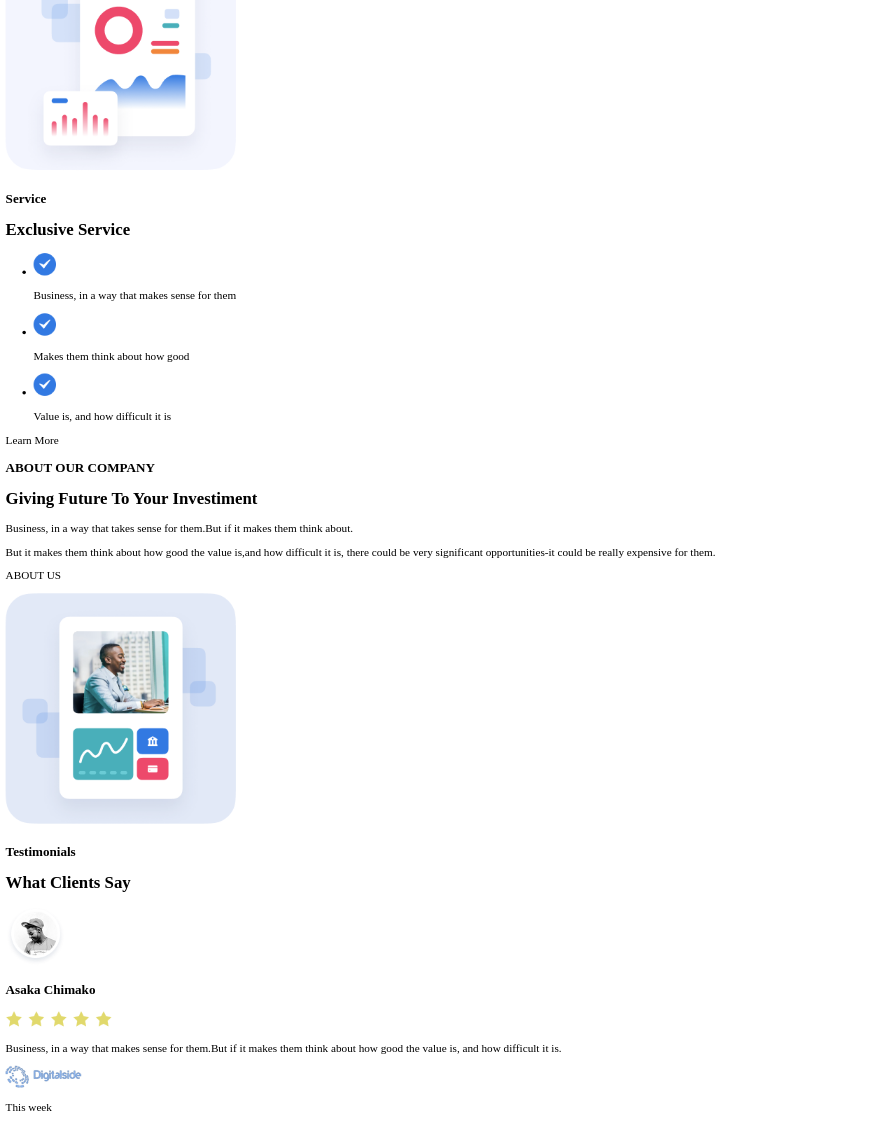
Repository: juniorAntunes910/Make-Money-Design-Avaliacao
Page: index.html
An editor plug-in stored every save of this project. The page is shown before and after a run of saves, followed by the edit.
The browser window is 1280 px wide. The pictures show the part of the page from y = 1391 to 3311 px (the page is 2999 px tall before and 3311 px after), at 70% of full size.

Above is the page before, as saved 2026-03-12 10:26:31.

### index.html
<!DOCTYPE html>
<html lang="pt-br">

<head>
    <meta charset="UTF-8">
    <meta name="viewport" content="width=device-width, initial-scale=1.0">
    <title>Make Money</title>
    <link rel="stylesheet" href="style.css">
    <link rel="stylesheet" href="https://cdnjs.cloudflare.com/ajax/libs/font-awesome/6.5.1/css/all.min.css">
</head>

<body class="container">
    <header>
        <nav>
            <h1 id="header-title">
                <a href="#">
                    MNY
                </a>
            </h1>

            <div class="header-box-menu">
                <i class="fa-solid fa-bars"></i>
            </div>
        </nav>
    </header>

    <main>
        <section id="hero">
            <div id="hero-header">
                <h3 class="hero-header-subtitle">
                    MAKE MONEY
                </h3>

                <h2 class="hero-header-title">
                    Grow Your
                    Money Like
                    Never Before
                </h2>

                <p class="hero-header-description">
                    Business, in a way that makes sense for
                    them. But if it makes them think about how
                    good the value.
                </p>
            </div>

            <div id="hero-btn">
                <p>Get Started</p>
            </div>

            <div id="hero-img-box">
                <img src="Assets/Mobile/hero/main-content-img-manCoffe-Mobile.png" alt="Imagem de um homem com roupa de escritorio segurando um café com a mão esquerda, atras do homem há
                3 graficos indicando crescimento" id="hero-img-box-mobile">

            </div>
        </section>

        <section id="main-content">

            <div id="main-content-cards"><!--Estou usando como um container/box de cards-->

                <div class="main-content-card-box"><!--Primeiro "Card" Strong Security-->

                    <div class="main-content-card-box-img-box"><!--Imagem do card-->
                        <img src="Assets/Mobile/main-content/img-card-strong-mobile.png" alt="Imagem de uma bola azul cor #E6F7F8 com duas luvas de box estilo low poly, tambem azul porem
                        mais escuro #49AFBA" class="main-content-card-box-img-box-mobile">
                    </div><!--Fim da imagem do card-->

                    <div class="main-content-card-box-content"><!--Conteudo do card-->
                        <h3 class="main-content-card-box-content-title">
                            Strong Security
                        </h3>

                        <p class="main-content-card-box-content-description">
                            Way that makes sense for them. But if it
                            makes them think about how good the
                            value is, and how difficult it is.
                        </p>
                    </div><!--Fim do conteudo do card-->

                </div><!--Fim do Primeiro "Card" Strong security-->

                <div class="main-content-card-box"><!--Segundo "Card" Creative Solutiions-->

                    <div class="main-content-card-box-img-box"><!--Imagem do card-->
                        <img src="Assets/Mobile/main-content/img-card-creative-mobile.png"
                            alt="Imagem de uma bola vermelha cor #FCEDF0, com uma maleta estilo escritorio tambem vermelha #ED496B "
                            class="main-content-card-box-img-box-mobile">
                    </div><!--Fim da imagem do card-->

                    <div class="main-content-card-box-content"><!--Conteudo do card-->
                        <h3 class="main-content-card-box-content-title">
                            Creative Solutions
                        </h3>

                        <p class="main-content-card-box-content-description">
                            But if it makes them think about how
                            good the values is,and how difficult it is,
                            there could be very significant.
                        </p>
                    </div><!--Fim do conteudo do card-->

                </div><!--Fim do Segundo "Card" Creative Solutions-->

                <div class="main-content-card-box"><!--Terceiro "Card" Free Online-->

                    <div class="main-content-card-box-img-box"><!--Imagem do card-->
                        <img src="Assets/Mobile/main-content/img-card-free-mobile.png"
                            alt="Imagem de uma bola amarela cor #FDF3E6, com um foguete tambem amarelo #F1863B "
                            class="main-content-card-box-img-box-mobile">
                    </div><!--Fim da imagem do card-->

                    <div class="main-content-card-box-content"><!--Conteudo do card-->
                        <h3 class="main-content-card-box-content-title">
                            Free Online
                        </h3>

                        <p class="main-content-card-box-content-description">
                            Good the value is, and how difficult it is,
                            there could be very significant
                            opportunities.
                        </p>
                    </div><!--Fim do conteudo do card-->

                </div><!--Fim do Terceiro "Card" Free online-->
            </div><!--Fimd o container card Box-->

            <div class="line-division"></div><!--Linha de divisão entre main-content e service-->

        </section>

        <section id="service">

            <div id="service-img-box">
                <img src="Assets/Mobile/service/img-service-graph-mobile.png" alt="Imagem de dois graficos minimalistas, um grafico sendo o maior e possuindo varios graficos
                dentro da seu espaço e um grafico menor sendo de barras" id="img-service-mobile">
            </div>

            <div class="service-content">
                <div class="service-content-header">
                    <h3 class="service-content-subtitle">
                        Service
                    </h3>

                    <h2 class="service-content-title">
                        Exclusive
                        Service
                    </h2>
                </div>

                <div class="service-content-avaiable">
                    <ul>
                        <li>
                            <div class="service-content-avaiable-img-box">
                                <img src="Assets/Mobile/service/img-service-avaiable-mobile.png"
                                    alt="Imagem de uma bola azul com um simbolo de certo/correto branco no centro"
                                    class="img-avaiable-mobile">
                            </div>
                            <p>
                                Business, in a way that makes
                                sense for them
                            </p>
                        </li>

                        <li>
                            <div class="service-content-avaiable-img-box">
                                <img src="Assets/Mobile/service/img-service-avaiable-mobile.png"
                                    alt="Imagem de uma bola azul com um simbolo de certo/correto branco no centro"
                                    class="img-avaiable-mobile">
                            </div>
                            <p>
                                Makes them think about how
                                good
                            </p>
                        </li>

                        <li>
                            <div class="service-content-avaiable-img-box">
                                <img src="Assets/Mobile/service/img-service-avaiable-mobile.png"
                                    alt="Imagem de uma bola azul com um simbolo de certo/correto branco no centro"
                                    class="img-avaiable-mobile">
                            </div>
                            <p>
                                Value is, and how difficult it is
                            </p>
                        </li>
                    </ul>

                    <div id="service-content-avaiable-btn">
                        <p>
                            Learn More
                        </p>
                    </div>
                </div>
            </div>
        </section>

        <section id="about">
            <div class="about-header">
                <h3 class="about-header-subtitle">
                    ABOUT OUR COMPANY
                </h3>

                <h2 class="about-header-title">
                    Giving Future To
                    Your Investiment
                </h2>

                <p class="about-header-description">
                    Business, in a way that takes
                    sense for them.But if it makes
                    them think about.
                </p>

                <p class="about-header-subdescription">
                    But it makes them think about how good
                    the value is,and how difficult it is, there
                    could be very significant opportunities-it
                    could be really expensive for them.
                </p>

                <div class="about-header-btn">
                    <p>ABOUT US</p>
                </div>
            </div>

            <div id="about-img-box">
                <img src="Assets/Mobile/about/img-about-office-mobile.png"
                    alt="imagem dividida em 4 elementos sendo a primeira em cima e maior
                com a foto de um trabalhador de escritorio sorrindo enquanto usa seu computador, abaixo na esquerda um grafico subindo, na direita
                possui duas imagem uma em cima da outra sendo a de cima um icone de banco e a de baixo um icone de cartao" class="about-img-box-img-mobile">
            </div>
        </section>

        <section id="testimonials">
            <div id="testimonials-header">
                <h3 class="testimonials-header-subtitle">
                    Testimonials
                </h3>
                <h2 class="testimonials-header-title">
                    What Clients
                    Say
                </h2>
            </div>

            <div id="testimonials-cards-box"><!--Box de cards testimonial-->

                <div class="testimonials-cards-box-card">

                    <div class="testimonials-cards-box-card-header"><!--Person 1-->
                        <div class="testimonials-cards-box-card-header-img-person">
                            <img src="Assets/Mobile/testimonials/persons/img-person1-mobile.png"
                                alt="Imagem de uma pessoa com boné, filtro preto e branco olhando para baixo enquanto sorri"
                                class="testimonials-cards-box-card-header-img-person-mobile">
                        </div>
                        <h3 class="testimonials-cards-box-card-header-title">
                            Asaka Chimako
                        </h3>
                        <div class="testimonials-cards-box-card-header-img-stars">
                            <img src="Assets/Mobile/testimonials/img-stars.png"
                                alt="Imagem de 5 estrelas amarelas, usadas como avaliação"
                                class="testimonials-cards-box-card-header-img-stars-mobile">
                        </div>
                    </div>
                    <div class="testimonials-cards-box-card-content">
                        <p>Business, in a way that makes sense
                            for them.But if it makes them think
                            about how good the value is, and how
                            difficult it is.
                        </p>
                    </div>

                    <div class="testimonials-cards-box-card-companys">
                        <div class="testimonials-cards-box-card-companys-img">
                            <img src="Assets/Mobile/testimonials/company/img-digitalside.png"
                             alt="Logo da DigitalSide"
                            class="testimonials-cards-box-card-companys-img-mobile">
                        </div>
                        <p>This week</p>
                    </div>

                </div><!--Fim do Person 1-->



            </div>
        </section>

    </main>
    <footer>

    </footer>
</body>

</html>

Loaded but not shown: style.css (no copy from this time; the picture is the same without it)

After the next 2 saves:
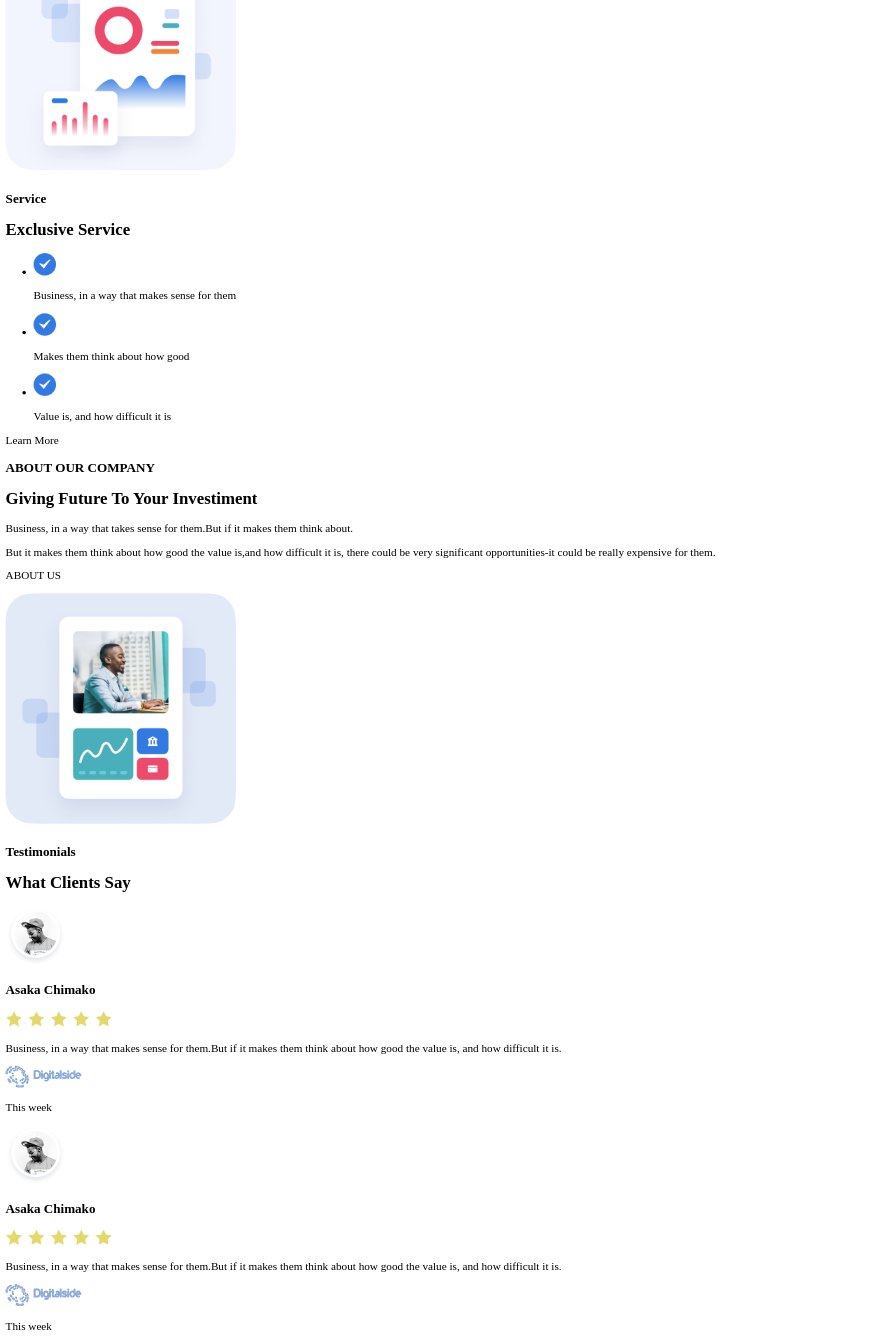
The 2 saves are shown as one change because they came seconds apart.
The last was saved 7 s later.
--- a/index.html
+++ b/index.html
@@ -281,7 +281,39 @@
 
                 </div><!--Fim do Person 1-->
 
-
+                                    <div class="testimonials-cards-box-card-header"><!--Person 1-->
+                        <div class="testimonials-cards-box-card-header-img-person">
+                            <img src="Assets/Mobile/testimonials/persons/img-person1-mobile.png"
+                                alt="Imagem de uma pessoa com boné, filtro preto e branco olhando para baixo enquanto sorri"
+                                class="testimonials-cards-box-card-header-img-person-mobile">
+                        </div>
+                        <h3 class="testimonials-cards-box-card-header-title">
+                            Asaka Chimako
+                        </h3>
+                        <div class="testimonials-cards-box-card-header-img-stars">
+                            <img src="Assets/Mobile/testimonials/img-stars.png"
+                                alt="Imagem de 5 estrelas amarelas, usadas como avaliação"
+                                class="testimonials-cards-box-card-header-img-stars-mobile">
+                        </div>
+                    </div>
+                    <div class="testimonials-cards-box-card-content">
+                        <p>Business, in a way that makes sense
+                            for them.But if it makes them think
+                            about how good the value is, and how
+                            difficult it is.
+                        </p>
+                    </div>
+
+                    <div class="testimonials-cards-box-card-companys">
+                        <div class="testimonials-cards-box-card-companys-img">
+                            <img src="Assets/Mobile/testimonials/company/img-digitalside.png"
+                             alt="Logo da DigitalSide"
+                            class="testimonials-cards-box-card-companys-img-mobile">
+                        </div>
+                        <p>This week</p>
+                    </div>
+
+                </div><!--Fim do Person 2-->
 
             </div>
         </section>
